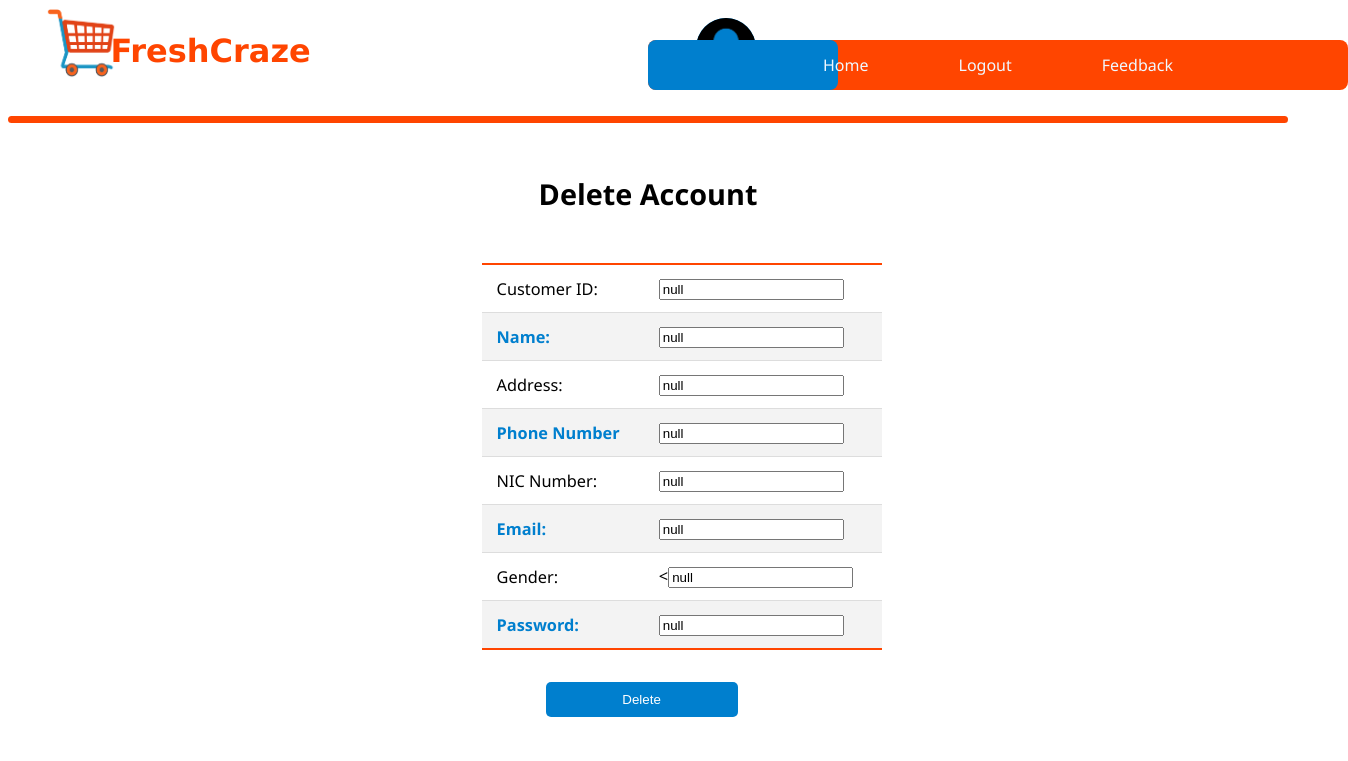
Repository: chamarac2002/FreshCraze
Page: http://localhost/CustomerDemo/deletecustomer.jsp
An editor plug-in stored every save of this project. The page is shown before and after the next save, followed by the edit.
The browser window is 1280 px wide. The page is 1348 px wide, so the pictures cover 1348 px, including what lies to the right of the window. The pictures show the whole page.
The pointer rests on the first visible `.sub`.
The page is served by Tomcat 9. Nobody is signed in. The application's start-up code is not run.

Above is the page before, as saved 2024-05-11 07:49:54.

After the next save:
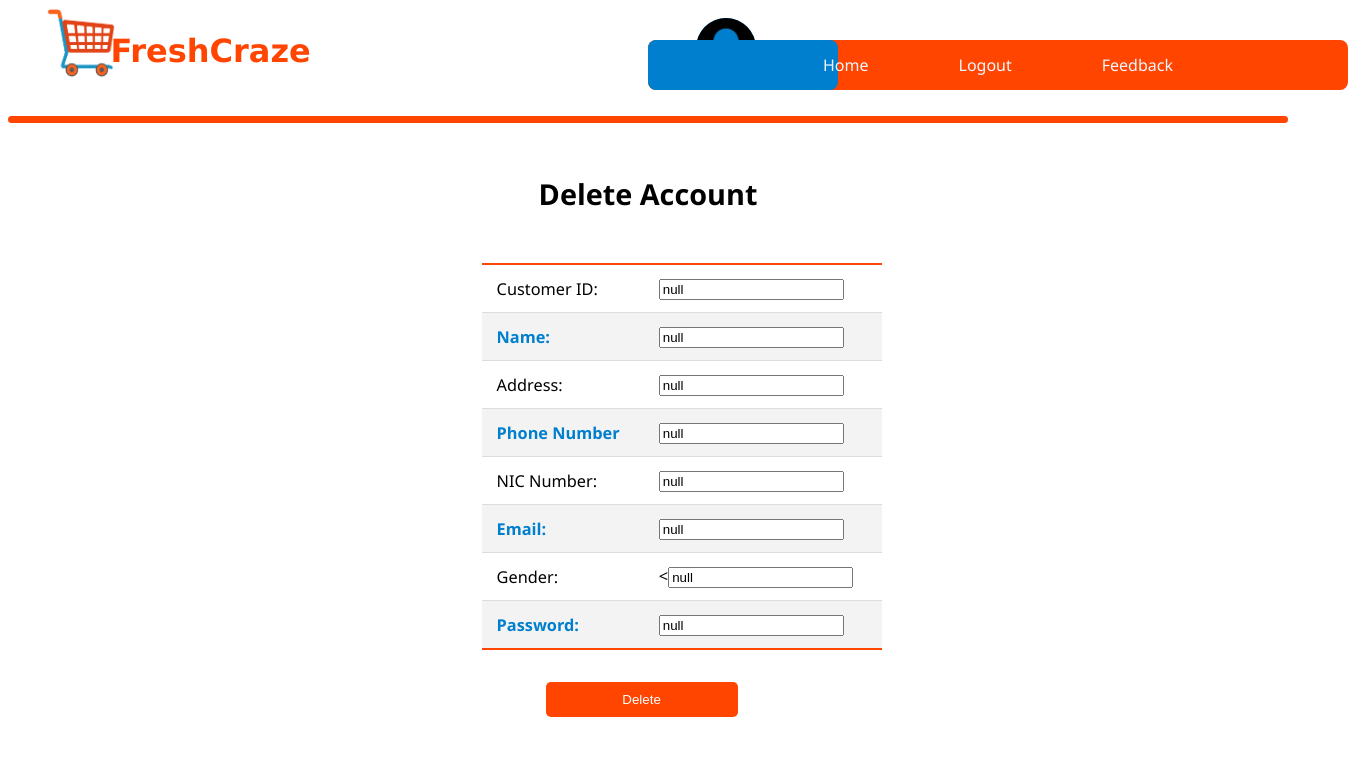
Saved 24 s later.
--- a/CustomerDemo/src/main/webapp/Styles/deleteStyle.css
+++ b/CustomerDemo/src/main/webapp/Styles/deleteStyle.css
@@ -216,3 +216,7 @@
  	border-radius: 5px;
  	cursor: pointer;
 }
+
+.sub:hover{
+    background-color: orangered;
+}
